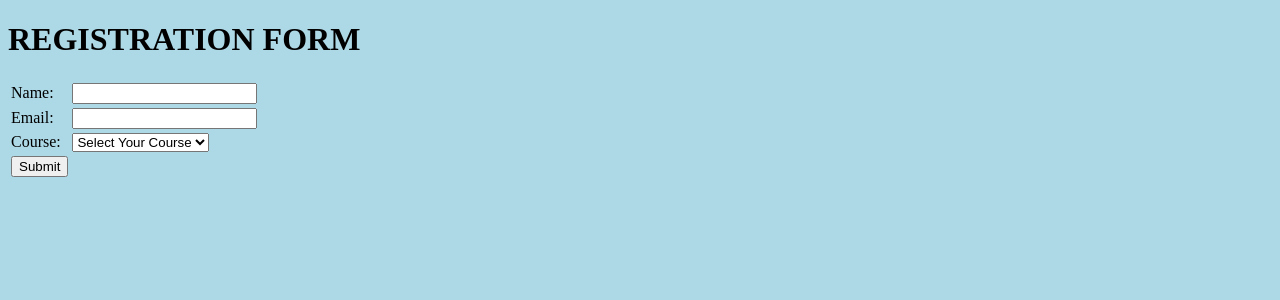
Repository: SurajPawar15-smart/JAVAProjects
Page: 14.FilterExample/WebContent/index.html
An editor plug-in stored every save of this project. The page is shown before and after the next save, followed by the edit.
The browser window is 1280 px wide. The pictures show the whole page.

Above is the page before, as saved 2020-09-28 07:54:56.

After the next save:
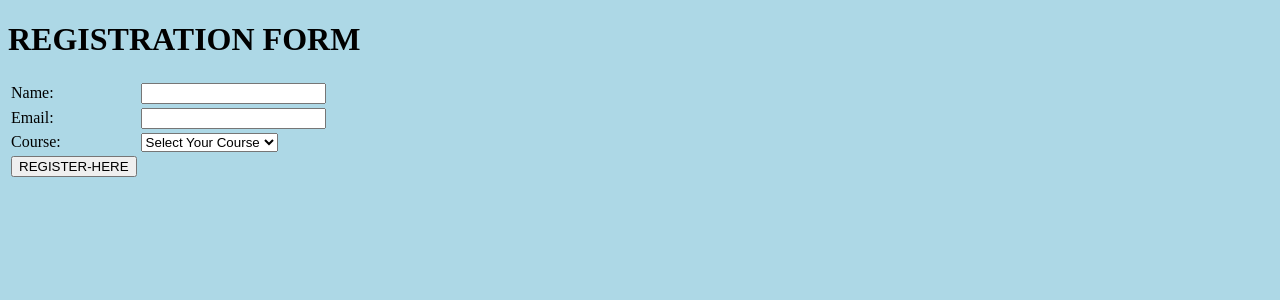
Saved 29 s later.
--- a/14.FilterExample/WebContent/index.html
+++ b/14.FilterExample/WebContent/index.html
@@ -40,7 +40,7 @@ border:1;
 </tr>
 
 <tr>
-<td><input type="submit" value="Submit"></td>
+<td><input type="submit" value="REGISTER-HERE"></td>
 </tr>
 
 </table>
